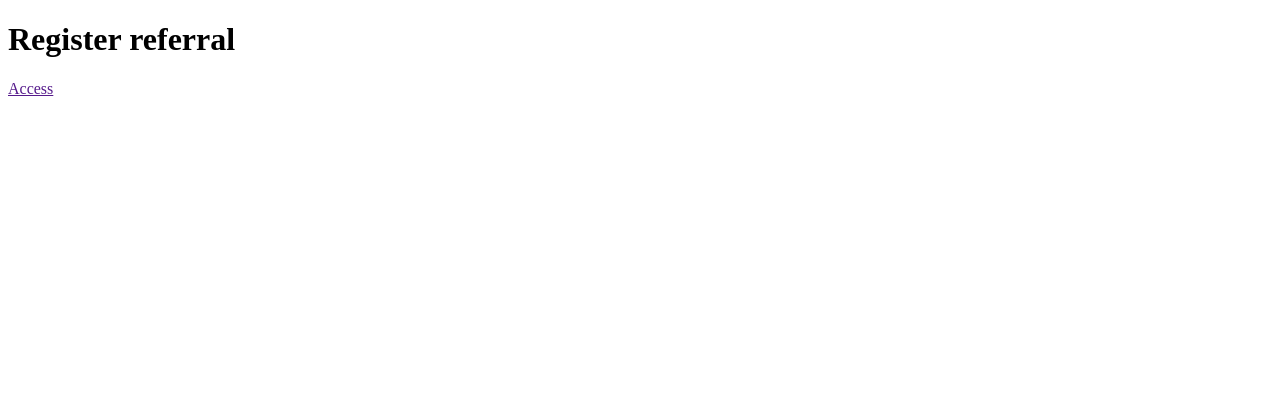
Repository: israelrodriguees/QAactivity
Page: referral/src/main/webapp/index.html
The author's editor kept a copy of each file at every save. The page is drawn from the files as they stood at one save, then again after the next save.
The browser window is 1280 px wide. The pictures show the whole page.

Above is the page before, as saved 2021-08-16 15:20:40.

### referral/src/main/webapp/index.html
<!DOCTYPE html>
<html>
<head>
<meta charset="ISO-8859-1">
<title>Referral Form</title>
<link rel="icon" href="images/form.png">
<link rel="stylesheet" href="style.css">
</head>
<body>
	<h1>Register referral</h1>
	<a href="">Access</a>
</body>
</html>

Loaded but not shown: referral/src/main/webapp/style.css (no copy from this time; the picture is the same without it)

After the next save:
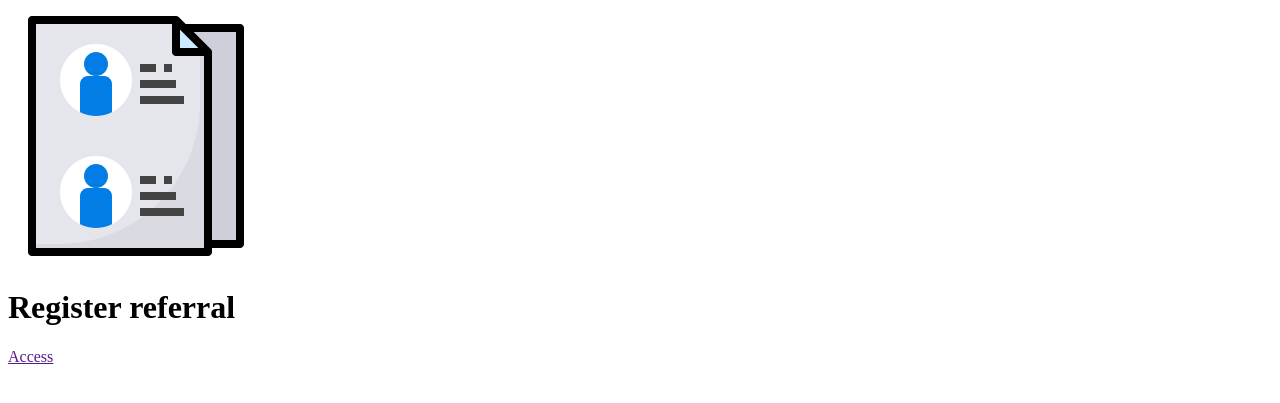
Saved 16 s later.
--- a/referral/src/main/webapp/index.html
+++ b/referral/src/main/webapp/index.html
@@ -7,6 +7,7 @@
 <link rel="stylesheet" href="style.css">
 </head>
 <body>
+<img src="images/bigform.png">
 	<h1>Register referral</h1>
 	<a href="">Access</a>
 </body>
